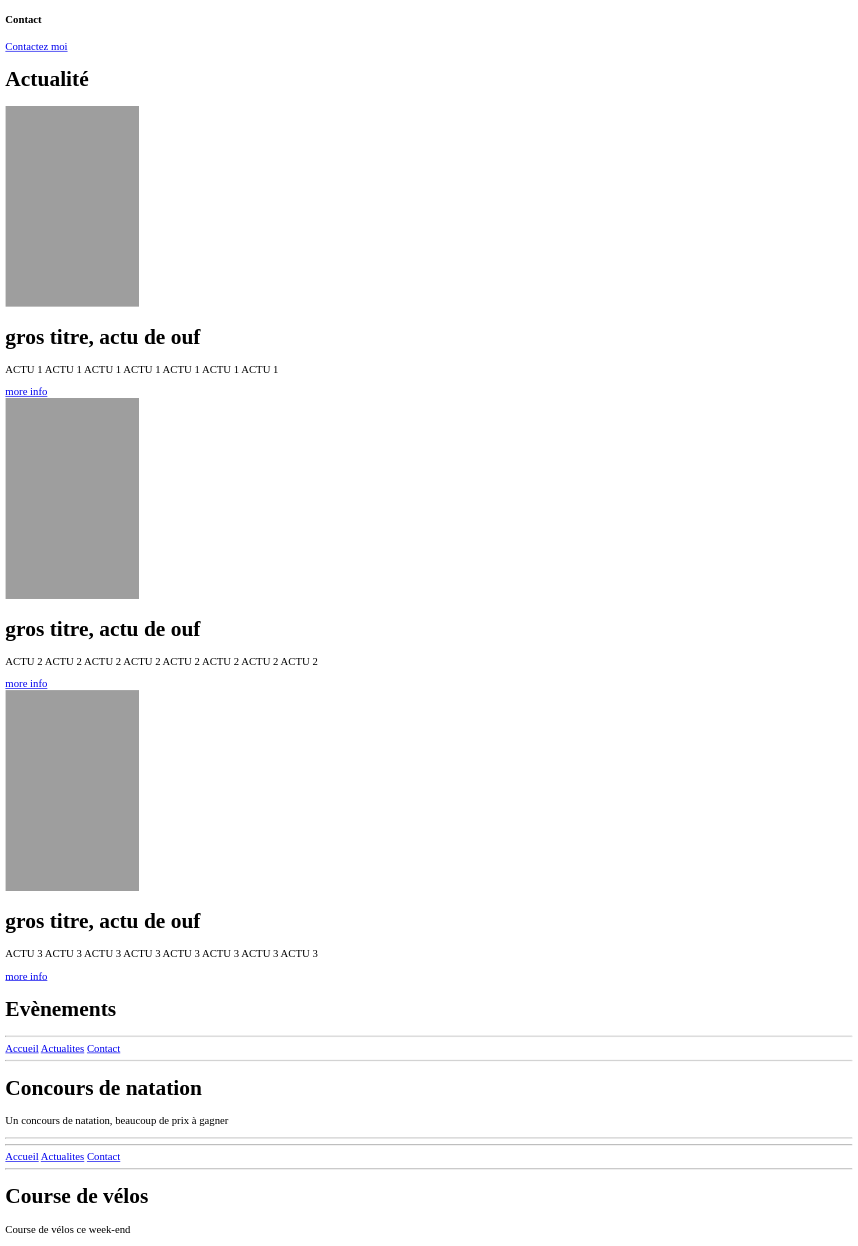
Repository: Mini-T/git-course
Page: index.html
An editor plug-in stored every save of this project. The page is shown before and after the next save, followed by the edit.
The browser window is 1280 px wide. The pictures show the whole page, at 67% of full size.
Pictures or frames that could not be fetched are drawn as grey boxes.

Above is the page before, as saved 2022-09-26 15:55:36.

After the next save:
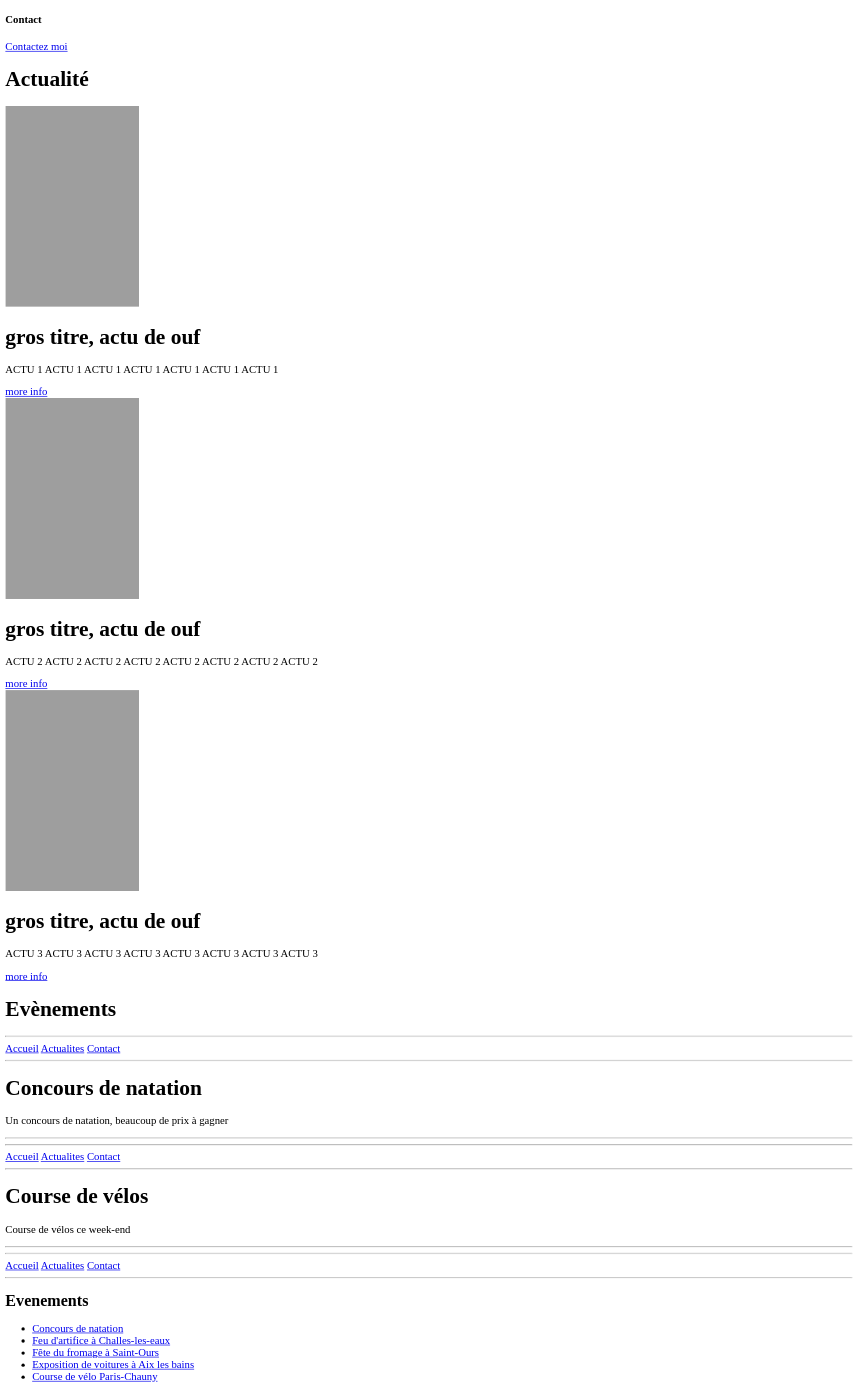
Saved 19 s later.
--- a/index.html
+++ b/index.html
@@ -54,6 +54,25 @@
             </div>
             <h1>Course de vélos</h1>
             <p>Course de vélos ce week-end</p>
+            <hr>        <div>
+                <hr>
+                <a href="../index.html">Accueil</a>
+                <a href="../actualites/actualite.html">Actualites</a>
+                <a href="../contact.html">Contact</a>
+                <hr>
+            </div>
+            <div>
+                <h2>Evenements</h2>
+
+                <ul>
+                    <li><a href="concours.html">Concours de natation </a></li>
+                    <li><a href="feu.html">Feu d'artifice à Challes-les-eaux</a></li>
+                    <li><a href="fromage.html">Fête du fromage à Saint-Ours</a></li>
+                    <li><a href="exposition_voiture.html">Exposition de voitures à Aix les bains</a></li>
+                    <li><a href="course_velo.html">Course de vélo Paris-Chauny</a></li>
+
+                </ul>
+            </div>
         </div>
     </body>
 </html>
